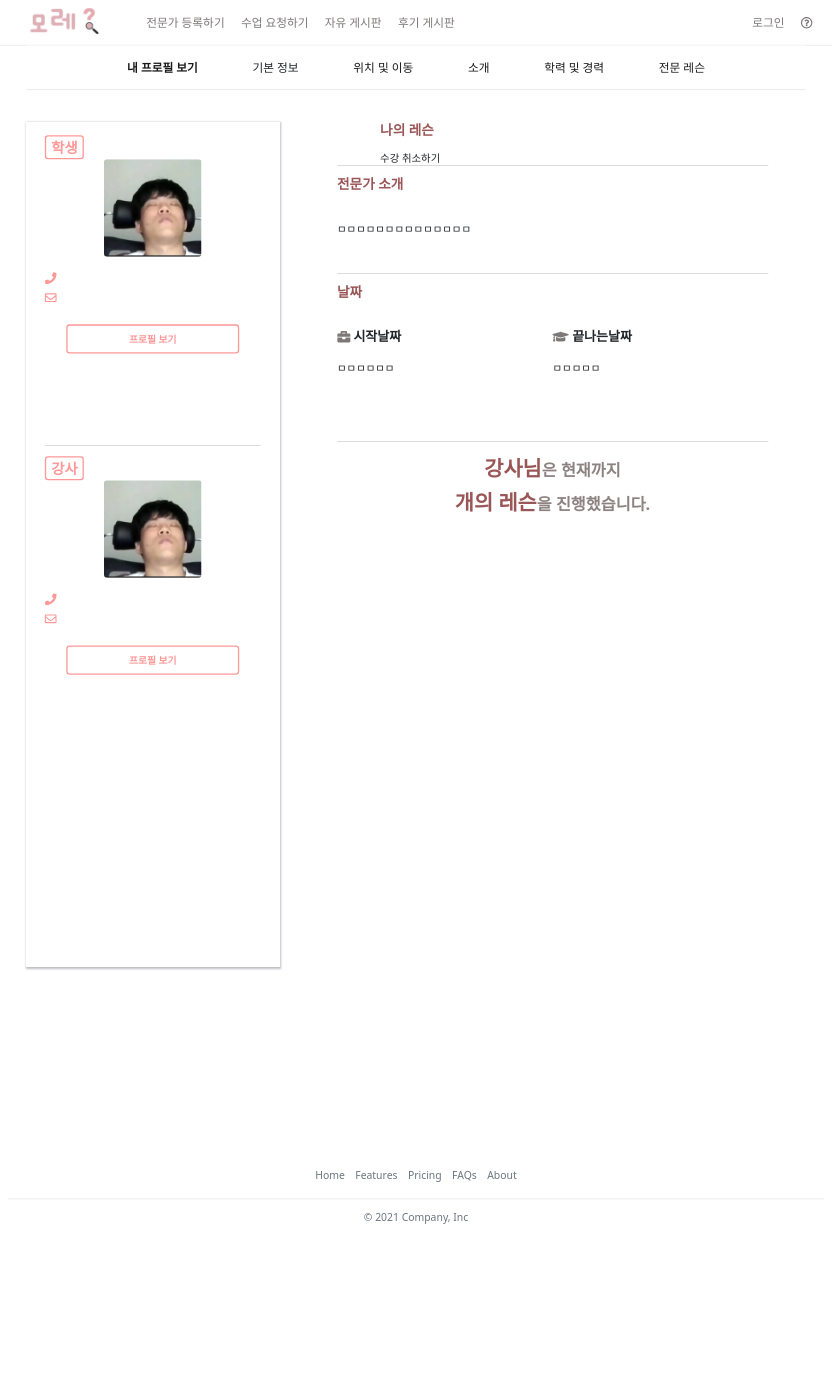
Repository: isssson/MVC2_more
Page: http://localhost/more/WEB-INF/views/document/documentContent.jsp
These files come from the project's save history. The page is drawn as it stood at one moment and after the next save; the edit follows.
The browser window is 1280 px wide. The pictures show the whole page, at 65% of full size.
Some web libraries are served in a nearby version. The page is served by Tomcat 9. Nobody is signed in. The template is opened directly, without the code that normally fills it, so the values that code supplies are empty.

Above is the page before, as saved 2021-12-09 05:29:51.

After the next save:
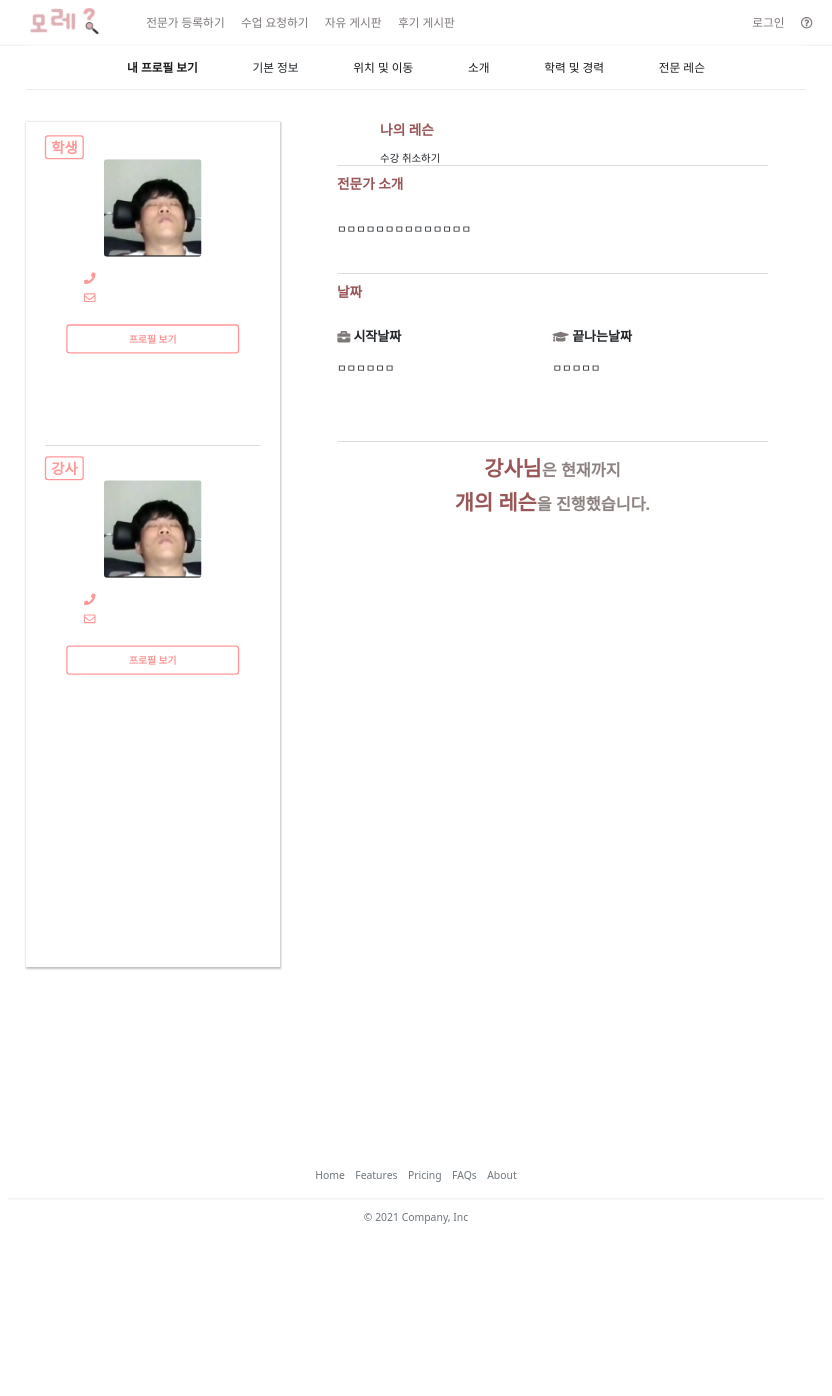
Saved 3 min 12 s later.
--- a/more/src/main/webapp/WEB-INF/views/document/documentContent.jsp
+++ b/more/src/main/webapp/WEB-INF/views/document/documentContent.jsp
@@ -21,8 +21,9 @@
     text-align: center;
 }
 .name{
-	font-size:18px;
-	text-align: left;
+	font-size: 18px;
+    text-align: left;
+    margin-left: 60px;
 }
 .profile{
 	height:400px;

After the save that followed:
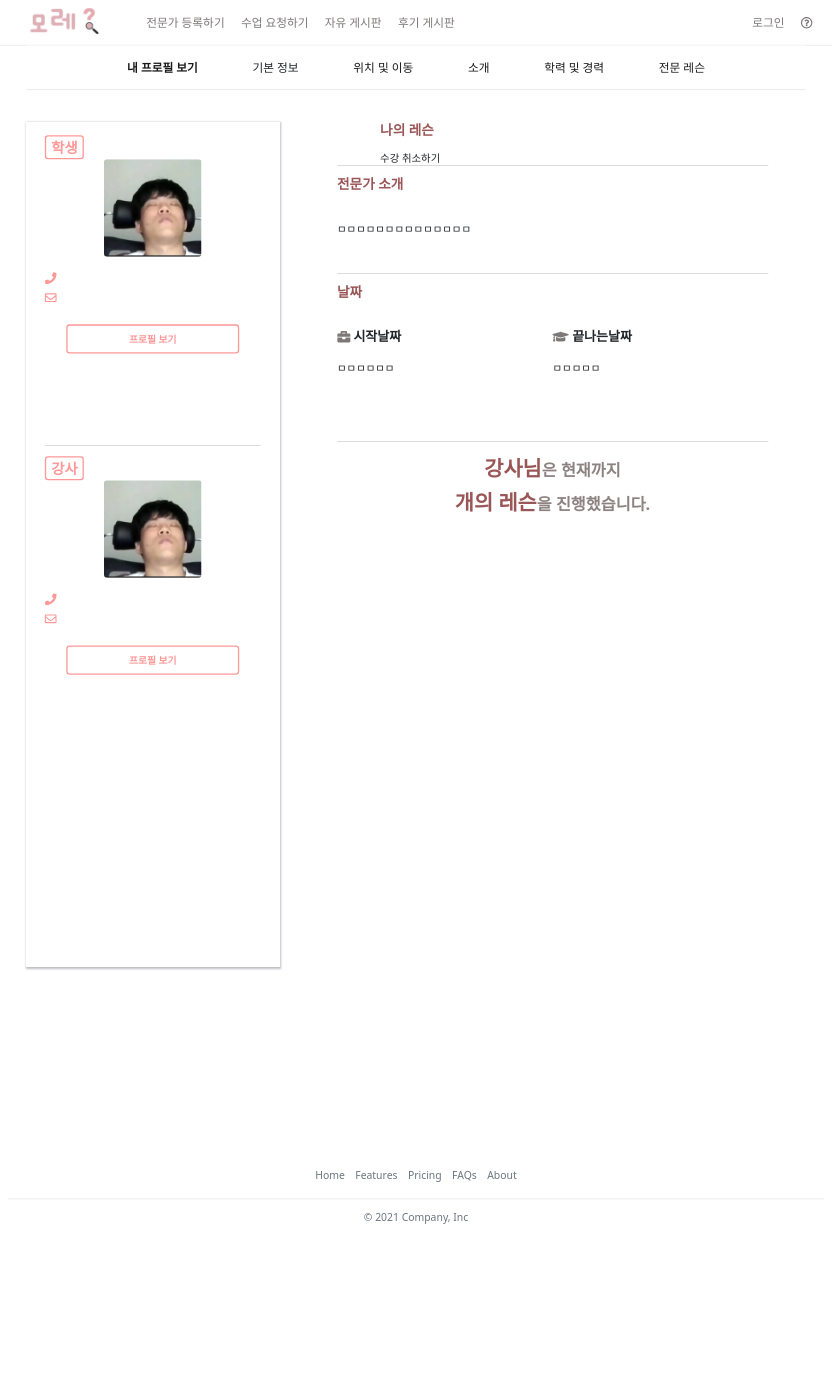
Saved 23 s later.
--- a/more/src/main/webapp/WEB-INF/views/document/documentContent.jsp
+++ b/more/src/main/webapp/WEB-INF/views/document/documentContent.jsp
@@ -23,7 +23,7 @@
 .name{
 	font-size: 18px;
     text-align: left;
-    margin-left: 60px;
+    margin:0 auto;
 }
 .profile{
 	height:400px;
